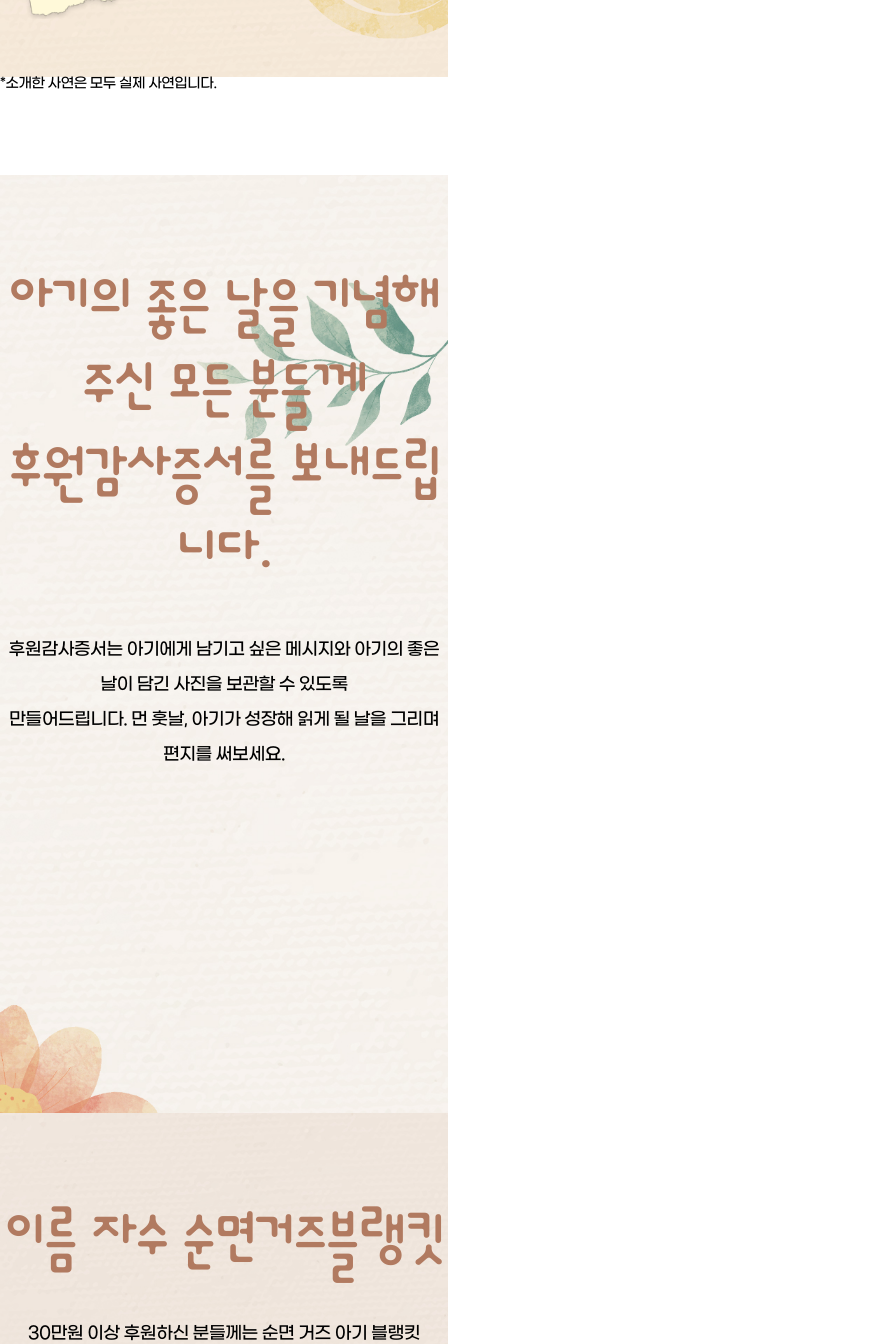
Repository: dlgywls1130/save_children_m
Page: index.html
The author's editor kept a copy of each file at every save. The page is drawn from the files as they stood at one save, then again after the next save.
The browser window is 1280 px wide. The pictures show the part of the page from y = 2030 to 3950 px (the page is 8198 px tall before and 9658 px after), at 70% of full size.

Above is the page before, as saved 2023-12-13 18:50:20.

After the next save:
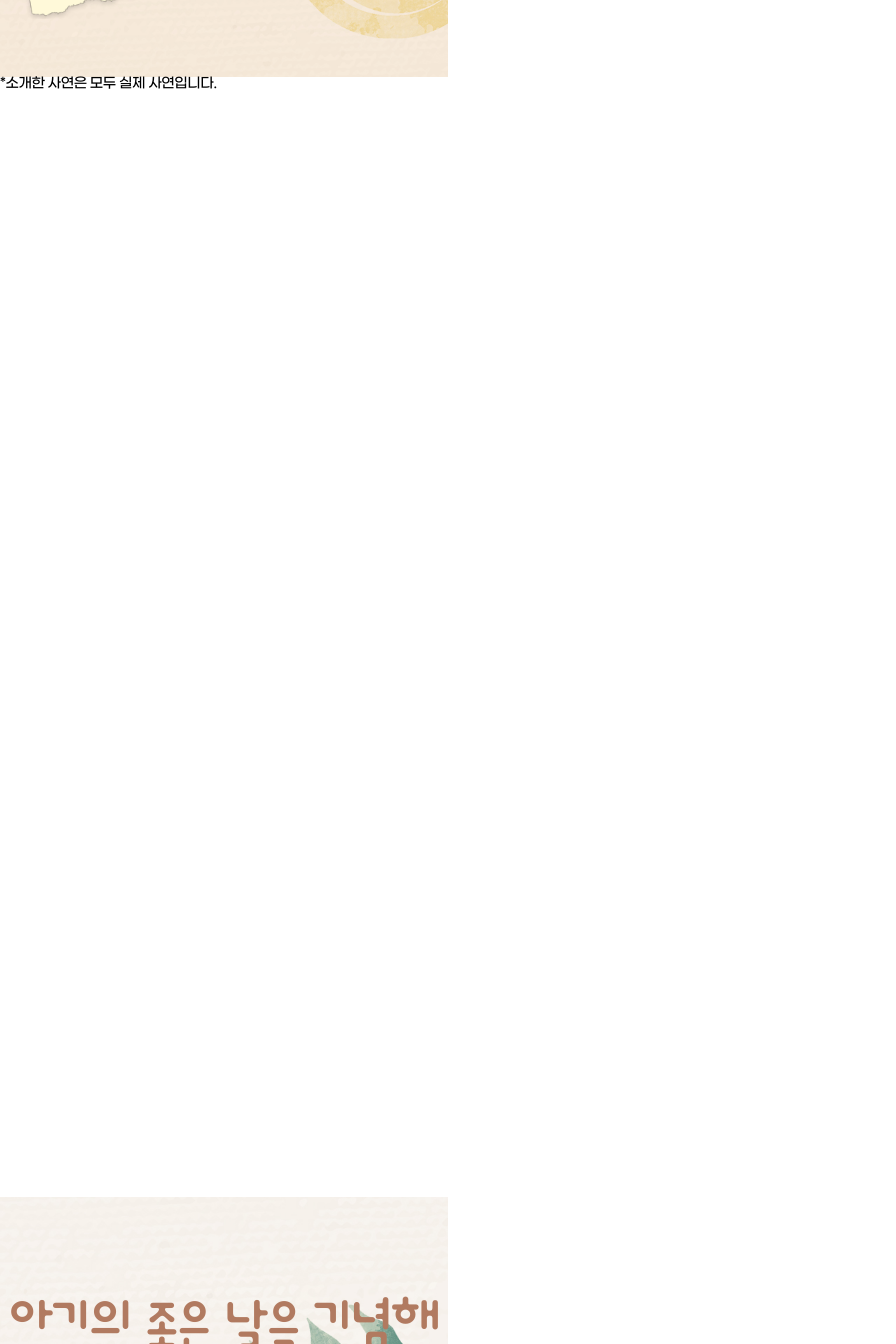
Saved 58 s later.
--- a/css/style.css
+++ b/css/style.css
@@ -224,7 +224,7 @@
 /* section02 */
 
 .section02{
-    height: 1340px;
+    height: 2800px;
     background: url('../img/back03.jpg') no-repeat;
 }
 
